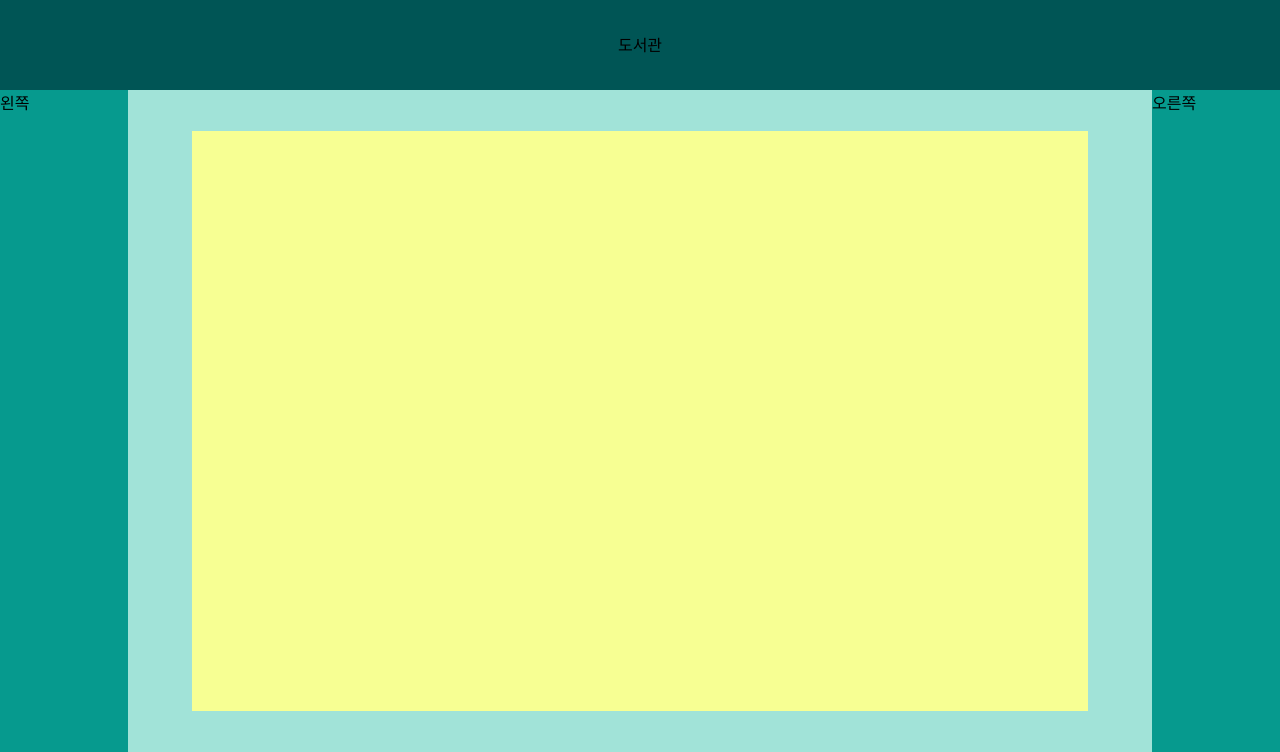
Repository: sojihwan/API_-Multi
Page: / (app in API/)
These files come from the project's save history. The page is drawn as it stood at one moment and after the next save; the edit follows.
The browser window is 1280 px wide. The pictures show the whole page.
The project was rebuilt for these pictures with package versions that can differ from the ones it lists, and the page was loaded fresh each time. Also part of the build but not shown: API/src/App.css.

Above is the page before, as saved 2022-05-24 16:15:31.

### API/src/App.js
import "./App.css";
import Layout from "./Layout/Layout";

function App() {
  return (
    <div>
      <Layout />
    </div>
  );
}

export default App;

### API/src/Layout/layout.js
import React from "react";
import "./Layout.css";
import Section from "./Section";

function Layout() {
  return (
    <div className="layout">
      <header>도서관</header>
      <main>
        <aside>왼쪽</aside>
        <Section />
        <aside>오른쪽</aside>
      </main>
    </div>
  );
}

export default Layout;

### API/src/Layout/layout.css
.layout {
  box-sizing: border-box;
}

header {
  top: 0px;
  width: 100%;
  height: 90px;
  line-height: 90px;
  text-align: center;
  background: #005555;
}

aside {
  top: 90px;
  background: #069A8E;
}

main aside:first-child {
  position: absolute;
  left: 0;
  width: 10%;
  height: 91.9%;
}

main {
  display: flex;
  justify-content: center;
  align-items: center;
  min-height: 91.9vh;
  background: #A1E3D8;
}

main aside:last-child {
  position: absolute;
  right: 0;
  width: 10%;
  height: 91.9%;
}

### API/src/Layout/Section.js
import React from "react";
import "../Layout/Section.css";

function Section() {
  return (
    <div className="section">
      <div></div>
    </div>
  );
}

export default Section;

### API/src/Layout/Section.css
.section {
  width: 70%;
  padding: 290px 0;
  text-align: center;
  background: #F7FF93;
}

Loaded but not shown: API/public/index.html (common file); API/src/index.js (common file); API/src/index.css (common file); API/src/reportWebVitals.js (common file)

After the next save:
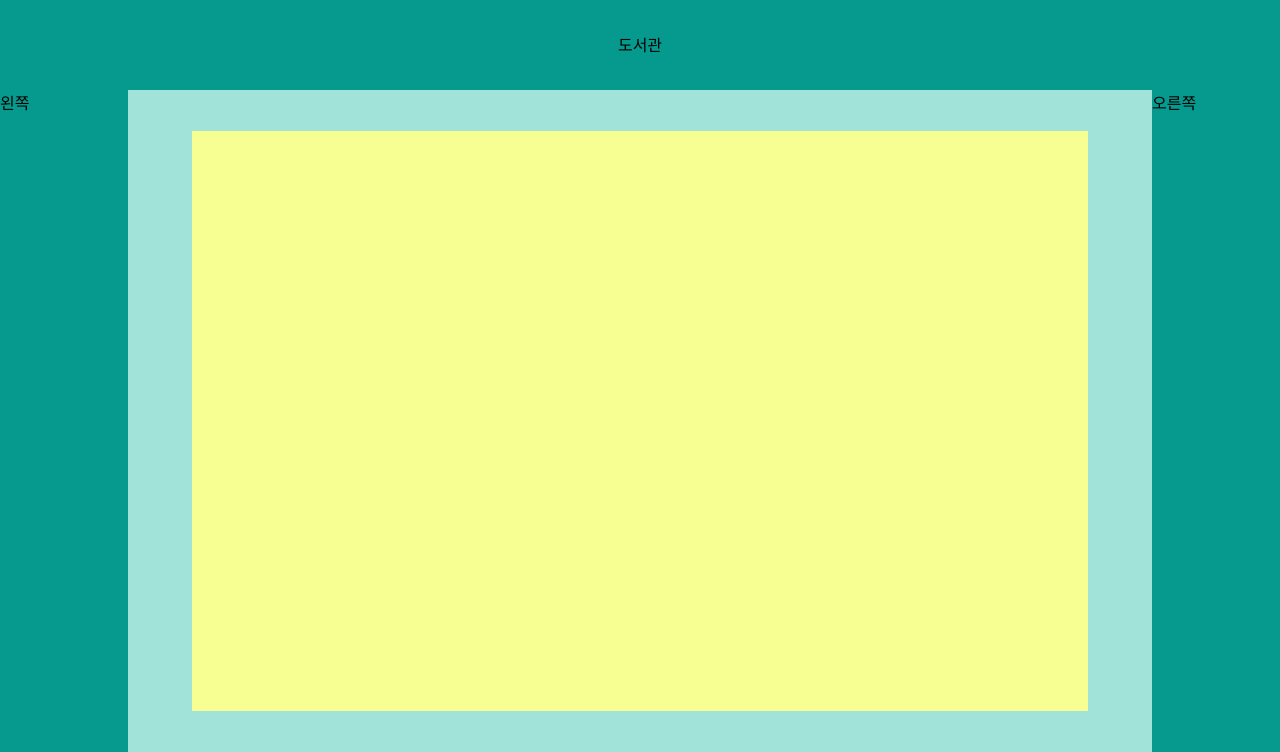
Saved 17 s later.
--- a/API/src/Layout/layout.css
+++ b/API/src/Layout/layout.css
@@ -8,7 +8,7 @@ header {
   height: 90px;
   line-height: 90px;
   text-align: center;
-  background: #005555;
+  background: #069A8E;
 }
 
 aside {
